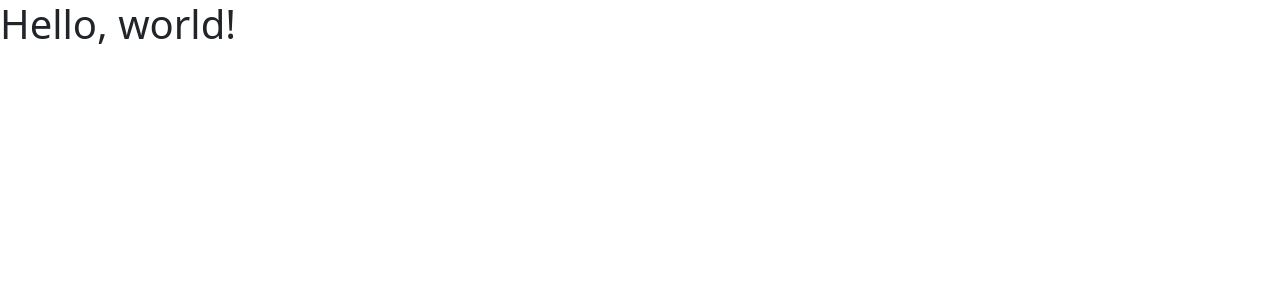
Repository: SadanChandra99/capgemini-bootcamp
Page: CreditCardPayment/src/main/webapp/views/Login.html
These files come from the project's save history. The page is drawn as it stood at one moment and after the next save; the edit follows.
The browser window is 1280 px wide. The pictures show the whole page.

Above is the page before, as saved 2022-09-02 04:18:17.

After the next save:
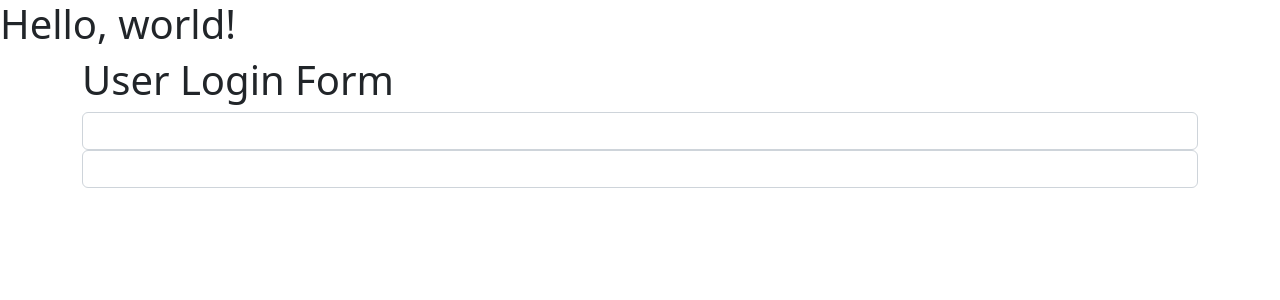
Saved 5 min 34 s later.
--- a/CreditCardPayment/src/main/webapp/views/Login.html
+++ b/CreditCardPayment/src/main/webapp/views/Login.html
@@ -10,5 +10,18 @@
   <body>
     <h1>Hello, world!</h1>
 
+    <div class = "container" >
+
+    	<h1>User Login Form</h1>
+    	<form>
+    	<input type ="text" class = "form-control">
+
+    	<input type ="password" class = "form-control">
+
+    	</form>
+
+
+    </div>
+
   </body>
 </html>
